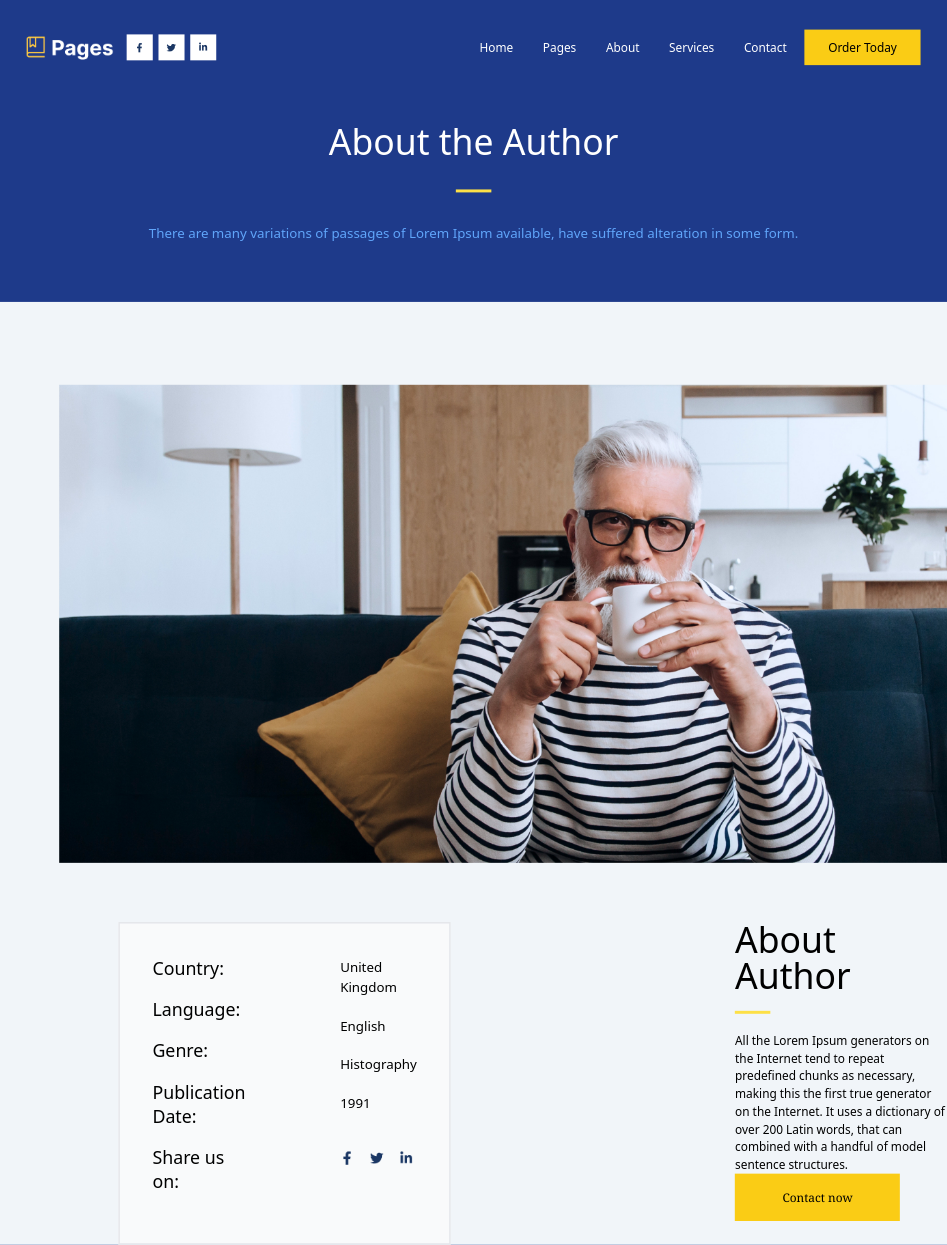
Repository: Godnorg/Class3
Page: index.html
The author's editor kept a copy of each file at every save. The page is drawn from the files as they stood at one save, then again after the next save.
The browser window is 1280 px wide. The pictures show the whole page, at 74% of full size.
Some web libraries are served in a nearby version.

Above is the page before, as saved 2023-02-20 02:41:35.

### index.html
<!DOCTYPE html>
<html lang="en">
<head>
    <meta charset="UTF-8">
    <meta http-equiv="X-UA-Compatible" content="IE=edge">
    <meta name="viewport" content="width=device-width, initial-scale=1.0">
    <title>Class3</title>
    <script src="https://cdn.tailwindcss.com"></script>
</head>
<body class="w-full bg-blue-900">
<div class="flex items-center justify-between w-full pt-10 mx-auto px-9 max-w-7xl">
    <div class="flex gap-4 ">
    <img src="./Logo.png">
    <img src="./soc-icons.png" class="h-9">
    </div>
    <div class="flex gap-6">
        <ul class="flex items-center gap-10 text-white">
            <li><a href="#">Home</a></li>
            <li><a href="#">Pages</a></li>
            <li><a href="#">About</a></li>
            <li><a href="#">Services</a></li>
            <li><a href="#">Contact</a></li>
        </ul>
        <button class="px-8 py-3 mx-auto bg-yellow-400 font-sans-serif">Order Today</button>
    </div>
    </div>
    <div class="items-center mx-auto">
    <h1 class="items-center pt-20 pb-10 text-5xl text-center text-white">About the Author</h1>
        <div
            class="items-center w-12 h-1 mx-auto text-center bg-yellow-300">
        </div>
        <p class="items-center pt-10 pb-20 mx-auto text-lg text-center text-blue-400">There are many variations of passages of Lorem Ipsum available, have suffered alteration in some form.</p>
    </div>

    <div class= " bg-slate-100">
        <div class="relative w-full pb-20 pl-20 mx-auto pt-28 max-w-7xl">
        <img src="./oldman2.jpg">
        </div>
        <div class="flex flex-row">
        <div class="max-w-xl ml-40 mr-96 bg-gray-50">
            <div class="flex mt-0 border-2 pt-11 px-11 pb-11">
                <div class="pr-32">
                <h2 class="pb-6 text-2xl">Country:</h2>
                <h2 class="pb-6 text-2xl">Language:</h2>
                <h2 class="pb-6 text-2xl">Genre:</h2>
                <h2 class="pb-6 text-2xl">Publication Date:</h2>
                <h2 class="pb-6 text-2xl">Share us on:</h2>
                </div>
                <div class="p-0">
                <p class="pb-6 pr-0 text-lg">United Kingdom</p>
                <p class="pb-6 pr-0 text-lg">English</p>
                <p class="pb-6 pr-0 text-lg">Histography</p>
                <p class="pb-6 pr-0 text-lg">1991</p>
                <img src="./socialmedia.png" class="pb-6 pr-0 pt-7">
                </div>
            </div>
        </div>
        <div class="">
          <h1 class="text-5xl blue-900">About Author</h1>
          <div class="w-12 h-1 my-6 bg-yellow-300"></div>
          <p>All the Lorem Ipsum generators on the Internet tend to repeat predefined chunks as necessary, making this the first true generator on the Internet. It uses a dictionary of over 200 Latin words, that can combined with a handful of model sentence structures.</p>
          <button class="px-16 py-5 mx-auto font-serif bg-yellow-400">Contact now</button>
        </div>
    </div>
</div>

</body>
</html>

After the next save:
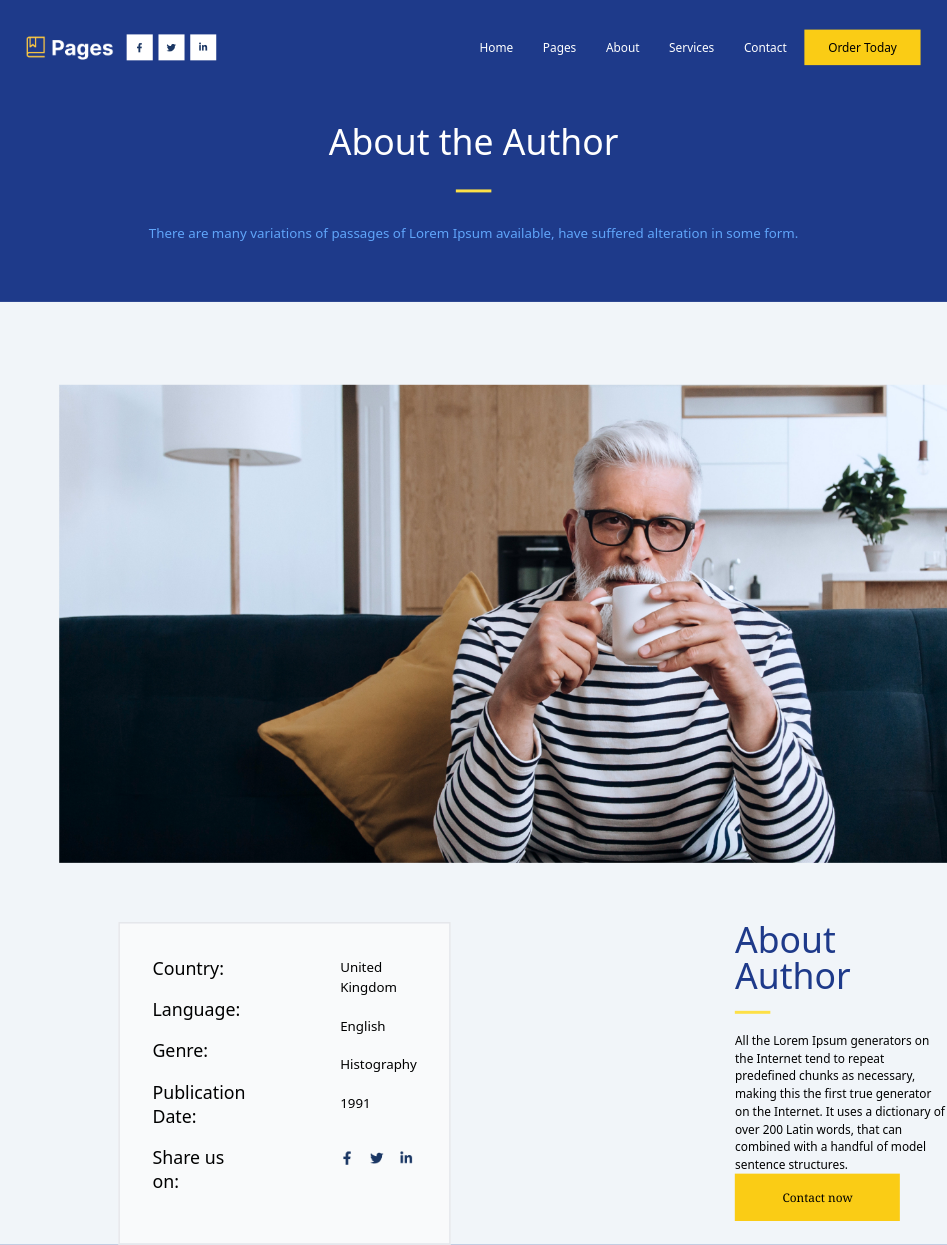
Saved 7 s later.
--- a/index.html
+++ b/index.html
@@ -56,7 +56,7 @@
             </div>
         </div>
         <div class="">
-          <h1 class="text-5xl blue-900">About Author</h1>
+          <h1 class="text-5xl text-blue-900">About Author</h1>
           <div class="w-12 h-1 my-6 bg-yellow-300"></div>
           <p>All the Lorem Ipsum generators on the Internet tend to repeat predefined chunks as necessary, making this the first true generator on the Internet. It uses a dictionary of over 200 Latin words, that can combined with a handful of model sentence structures.</p>
           <button class="px-16 py-5 mx-auto font-serif bg-yellow-400">Contact now</button>
